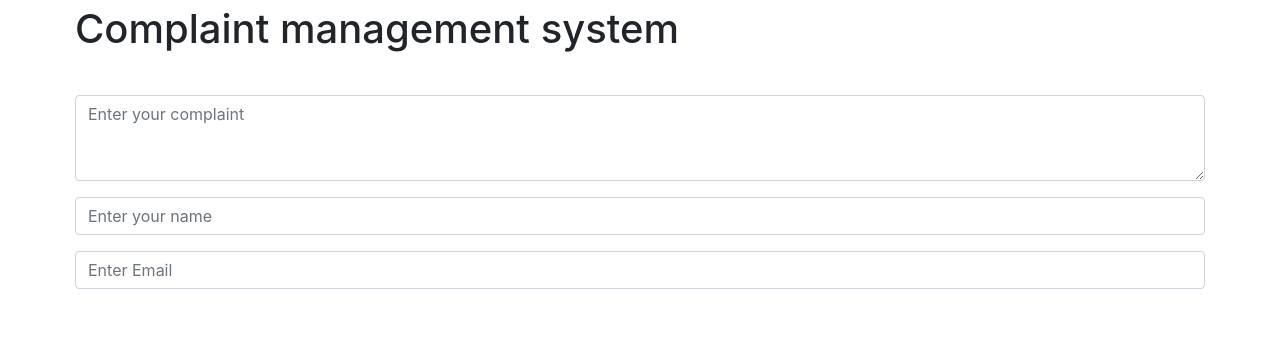
Repository: mkejeiri/Java-Entreprise
Page: http://localhost/complaintsystem/helloWorld
An editor plug-in stored every save of this project. The page is shown before and after the next save, followed by the edit.
The browser window is 1280 px wide. The pictures show the whole page.
The page is served by Tomcat 9. Other server files are loaded and not shown.

Above is the page before, as saved 2018-05-10 19:23:28.

### complaintsystem/complaintsystem/WebContent/WEB-INF/HelloWorld.jsp
<%@ page language="java" contentType="text/html; charset=UTF-8"
    pageEncoding="UTF-8"%>
<!DOCTYPE html PUBLIC "-//W3C//DTD HTML 4.01 Transitional//EN" "http://www.w3.org/TR/html4/loose.dtd">
<html>
<head>
<meta http-equiv="Content-Type" content="text/html; charset=UTF-8">
<link rel="stylesheet" href="https://stackpath.bootstrapcdn.com/bootstrap/4.1.1/css/bootstrap.min.css" integrity="sha384-WskhaSGFgHYWDcbwN70/dfYBj47jz9qbsMId/iRN3ewGhXQFZCSftd1LZCfmhktB" crossorigin="anonymous">
<style>
	.spacing {
		padding:5px;
	}
</style>
<title>Insert title here</title>
</head>
<body>
	<div class="container spacing">
		<h1>Complaint management system</h1>
	</div><br/>
	<div class="container spacing">
		<form action="/complaintsystem/submitComplaint" method="post">
			<div class="form-group">
			    <textarea class="form-control" id="exampleFormControlTextarea1" rows="3" placeholder="Enter your complaint"></textarea>
			</div>
			<div class="form-group">
			    <input type="text" class="form-control" name="name" placeholder="Enter your name">
			</div>
			<div class="form-group">
			    <input type="email" class="form-control" name="email" placeholder="Enter Email">
			</div>
		</form>
	</div>
	<script src="https://code.jquery.com/jquery-3.3.1.slim.min.js" integrity="sha384-q8i/X+965DzO0rT7abK41JStQIAqVgRVzpbzo5smXKp4YfRvH+8abtTE1Pi6jizo" crossorigin="anonymous"></script>
    <script src="https://cdnjs.cloudflare.com/ajax/libs/popper.js/1.14.3/umd/popper.min.js" integrity="sha384-ZMP7rVo3mIykV+2+9J3UJ46jBk0WLaUAdn689aCwoqbBJiSnjAK/l8WvCWPIPm49" crossorigin="anonymous"></script>
    <script src="https://stackpath.bootstrapcdn.com/bootstrap/4.1.1/js/bootstrap.min.js" integrity="sha384-smHYKdLADwkXOn1EmN1qk/HfnUcbVRZyYmZ4qpPea6sjB/pTJ0euyQp0Mk8ck+5T" crossorigin="anonymous"></script>
</body>
</html>

After the next save:
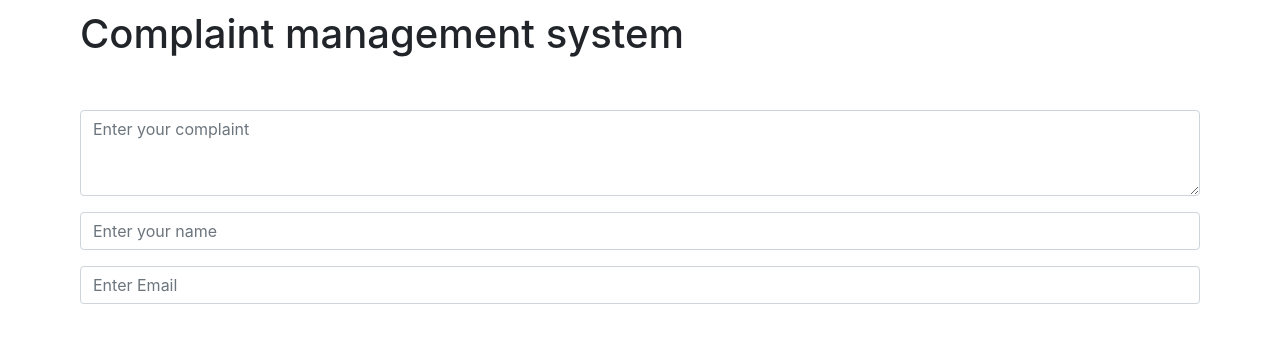
Saved 8 s later.
--- a/complaintsystem/complaintsystem/WebContent/WEB-INF/HelloWorld.jsp
+++ b/complaintsystem/complaintsystem/WebContent/WEB-INF/HelloWorld.jsp
@@ -7,7 +7,7 @@
 <link rel="stylesheet" href="https://stackpath.bootstrapcdn.com/bootstrap/4.1.1/css/bootstrap.min.css" integrity="sha384-WskhaSGFgHYWDcbwN70/dfYBj47jz9qbsMId/iRN3ewGhXQFZCSftd1LZCfmhktB" crossorigin="anonymous">
 <style>
 	.spacing {
-		padding:5px;
+		padding:10px;
 	}
 </style>
 <title>Insert title here</title>
